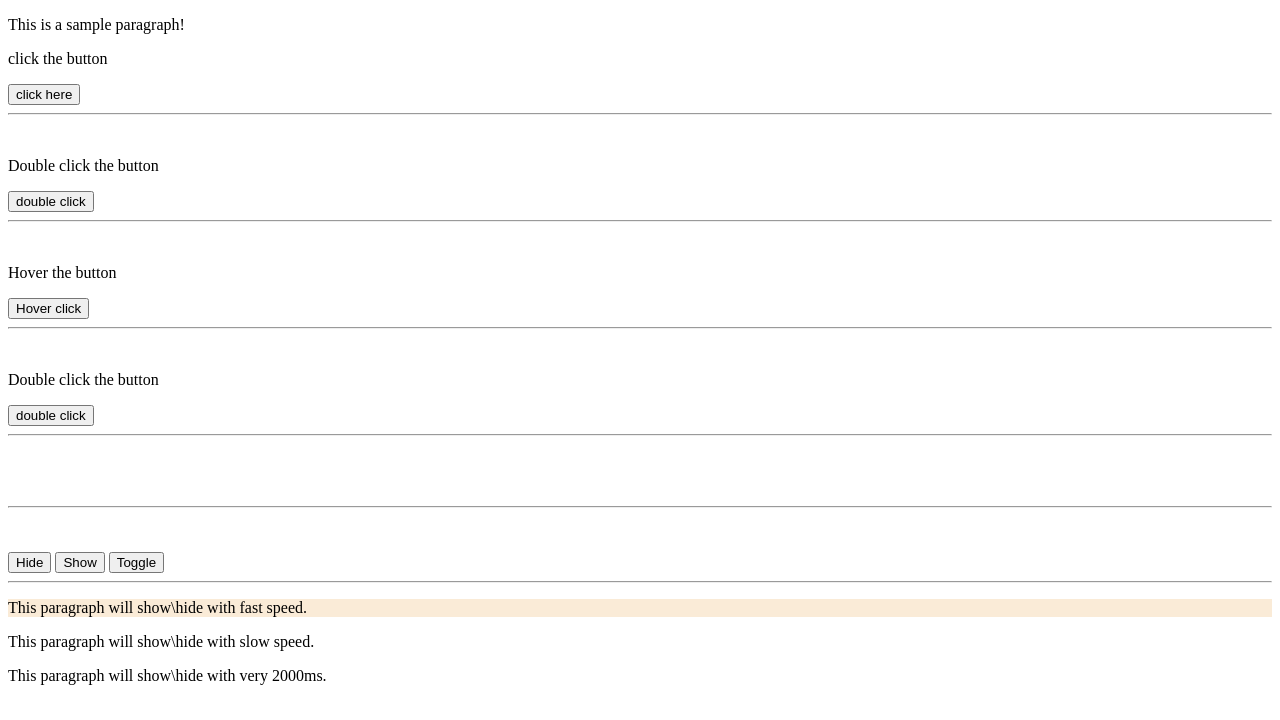
Repository: DhananjayaLakshan/Uom-Web_Design_For_Beginners
Page: Work02/index.html
These files come from the project's save history. The page is drawn as it stood at one moment and after the next save; the edit follows.
The browser window is 1280 px wide. The pictures show the whole page.

Above is the page before, as saved 2023-11-30 21:27:39.

### Work02/index.html
<!DOCTYPE html>
<html lang="en">
<head>
    <meta charset="UTF-8">
    <meta name="viewport" content="width=device-width, initial-scale=1.0">
    <title>jquery</title>
    <script src="jquery-3.7.1.min.js"></script>
</head>
<body>
    <p id="pid">This is a sample paragraph!</p>

    <script>

        $(document).ready(function(){
            $('#pid').click(function(){
                alert('You clicked the paragraph..!!');
            })
        })

        // $('#pid').click(function(){
        //     alert('You clicked the paragraph..!!');
        // });

        // document.getElementById('pid').onclick = function(){
        //     alert('You clicked the paragraph..!!');
        // }

    </script>

    <p>click the button</p>
    <button id="btn1">click here</button>
    <br><hr><br>

    <p>Double click  the button</p>
    <button id="btn2">double click</button>
    <br><hr><br>

    <p>Hover the button</p>
    <button id="btn3">Hover click</button>
    <br><hr><br>

    <p>Double click  the button</p>
    <button id="btn4">double click</button>
    <br><hr><br>

    <script>

        $(document).ready(function(){

            $('#btn1').click(function(){
                $(this).hide();
            });

            $('#btn2').dblclick(function(){
                $(this).hide();
            });

            $('#btn3').hover(function(){
                $(this).css('background-color','pink');
            });

            $('#btn4').on({

                mouseenter:function(){
                    $(this).css("background-color", "cyan");
                },
                mouseleave: function(){
                    $(this).css("background-color", "yellow");
                }
            })


        });
    </script>

    <br><br>
    <hr><br><br>

    <button class="hideBtn">Hide</button>
    <button class="showBtn">Show</button>
    <button class="toggleBtn">Toggle</button>

    <hr>

    <p class="pfast" style="background-color: antiquewhite;">This paragraph will show\hide with fast speed.</p>
    <p class="pslow">This paragraph will show\hide with slow speed.</p>
    <p class="pclass">This paragraph will show\hide with very 2000ms.</p>

    <script>
        $(document).ready(function(){
            $(".hideBtn").click(function(){
                $("p.pfast").hide("fast");
                $("p.pslow").hide("slow");
                $("p.pclass").hide(2000);
            })

            $(".showBtn").click(function(){
                $("p.pfast").show("fast");
                $("p.pslow").show("slow");
                $("p.pclass").show(2000);
            })
        });
    </script>





</body>
</html>

Loaded but not shown: Work02/jquery-3.7.1.min.js (library)

After the next save:
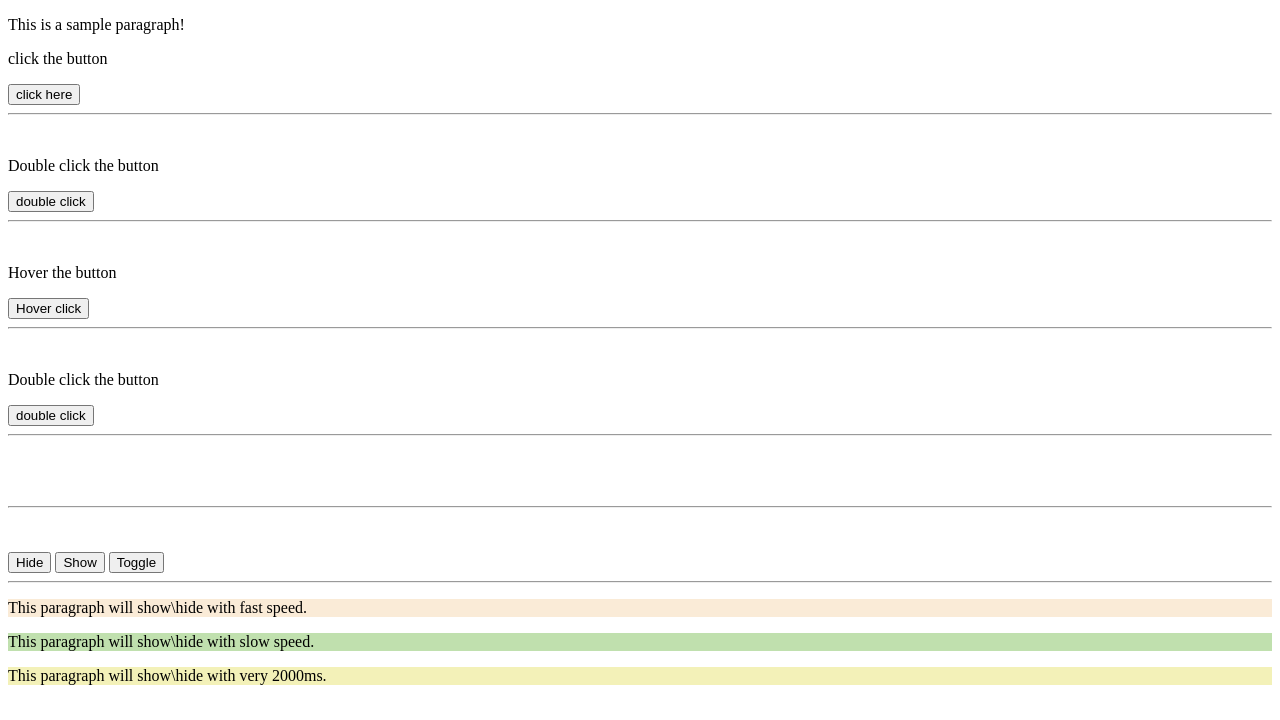
Saved 49 s later.
--- a/Work02/index.html
+++ b/Work02/index.html
@@ -83,8 +83,8 @@
     <hr>
 
     <p class="pfast" style="background-color: antiquewhite;">This paragraph will show\hide with fast speed.</p>
-    <p class="pslow">This paragraph will show\hide with slow speed.</p>
-    <p class="pclass">This paragraph will show\hide with very 2000ms.</p>
+    <p class="pslow" style="background-color: rgb(192, 224, 174);">This paragraph will show\hide with slow speed.</p>
+    <p class="pclass" style="background-color: rgb(243, 241, 184);">This paragraph will show\hide with very 2000ms.</p>
 
     <script>
         $(document).ready(function(){
